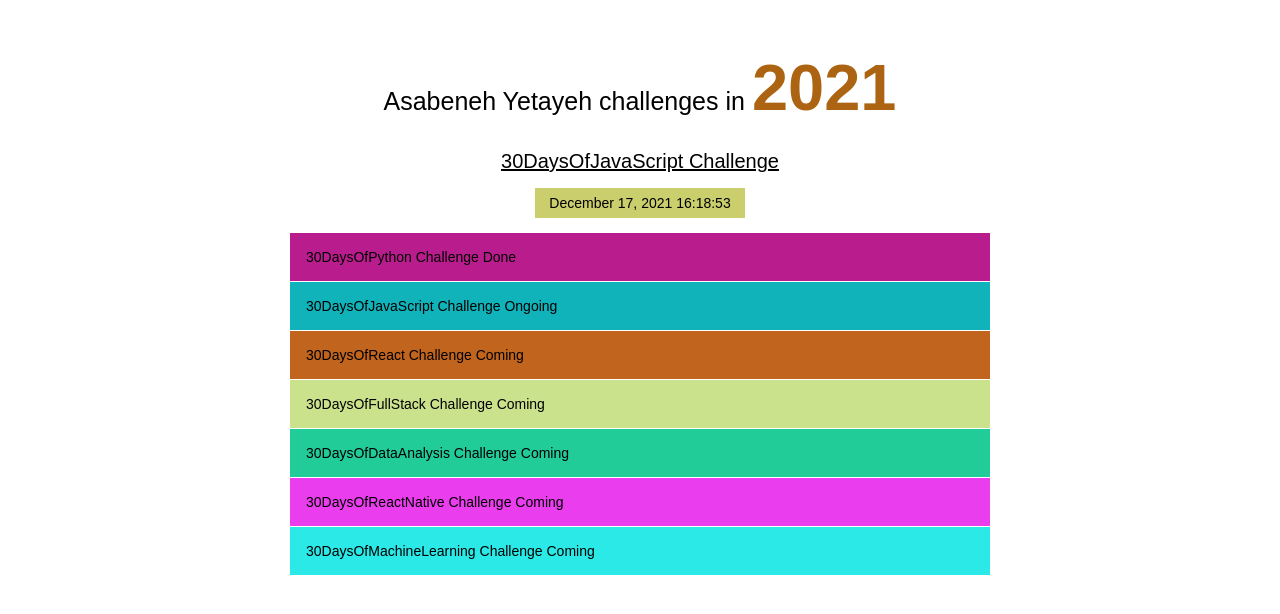
Repository: kaza1509/ChangeColor
Page: index.html
These files come from the project's save history. The page is drawn as it stood at one moment and after the next save; the edit follows.
The browser window is 1280 px wide. The pictures show the whole page.

Above is the page before, as saved 2021-12-17 16:21:57.

### index.html
<!DOCTYPE html>
<html lang="en">
<head>
    <meta charset="UTF-8">
    <meta http-equiv="X-UA-Compatible" content="IE=edge">
    <meta name="viewport" content="width=device-width, initial-scale=1.0">
    <link rel="stylesheet" href="./css/main.css">
    <title>Document</title>
</head>
<body>
    <div class="wrapper">
        <h1>
            Asabeneh Yetayeh challenges in <span>2021</span>
        </h1>
        <h2>
            <a target="_blank" href="https://www.facebook.com/kaza15092001/">30DaysOfJavaScript Challenge</a>
        </h2>
        <div id="time">
            <span>January 22,2021 02:49:01</span>
        </div>
        <ul>
            <li>30DaysOfPython Challenge Done</li>
            <li>30DaysOfJavaScript Challenge Ongoing</li>
            <li>30DaysOfReact Challenge Coming</li>
            <li>30DaysOfFullStack Challenge Coming</li>
            <li>30DaysOfDataAnalysis Challenge Coming</li>
            <li>30DaysOfReactNative Challenge Coming</li>
            <li>30DaysOfMachineLearning Challenge Coming</li>
        </ul>
    </div>
    <script src="./scripts/excrise.js"></script>
</body>
</html>

### css/main.css
* {
    padding: 0;
    margin: 0;
    box-sizing: border-box;
}

*::selection {
    background-color: #EB695B;
    color: #fff;
}

body {
    display: flex;
    justify-content: center;
    align-items: center;
    font-family: Arial, Helvetica, sans-serif;
}

a {
    color: #000;
}

li {
    list-style: none;
}

h1, h2 {
    text-align: center;
    font-weight: normal;
}

h1 {
    margin-bottom: 25px;
    font-size: 25px;
}

h1 span {
    font-size: 65px;
    font-weight: 550;
}

h2 {
    font-size: 20px;
}

#time {
    margin: 15px 0;
    display: flex;
    justify-content: center;
}

#time span {
    padding: 7px 14px;
    background-color: #EB695B;
    display: inline-block;
    font-size: 14px;
}

.wrapper {
    margin: 50px 0;
}

ul li {
    padding:16px;
    font-size: 14px;
    width: 700px;
    border-bottom: 1.7px solid #fff;
}

ul li:first-child {
    background-color: #5BBC7A;
}

ul li:nth-child(2) {
    background-color: #F7DC5C;
}

ul li:nth-child(n + 3) {
    background-color: #EB695B;
}

@media screen and (max-width: 990px) {
    body {
        display: block;
    }
    .wrapper {
        padding: 0 10px;
    }
    ul li {
        width: auto;
    }
}

### scripts/excrise.js
let randomHexa = () => {
  let hexa ='';

  while(true) {
    let ran = Math.floor(Math.random() * 123)
    if((ran >=48 && ran <=57)
    || (ran >= 65 && ran <= 70)
    || (ran >= 97 && ran <= 102))
    {
      hexa += String.fromCharCode(ran)
    }
    if(hexa.length == 6) break;
  }

  return `#${hexa.toUpperCase()}`
}

function checkTime(i) {
    if (i < 10) {
      i = "0" + i;
    }
    return i;
  }

let startTime = () => {
    let time = document.querySelector('#time span')

    time.style.backgroundColor = `${randomHexa()}`

    const monthNames = ["January", "February", "March", "April", "May", "June",
    "July", "August", "September", "October", "November", "December"
    ];

    let now = new Date()
    let y = now.getFullYear()
    let m = monthNames[now.getMonth()]
    console.log(m);
    let d = checkTime(now.getDate())
    let h = checkTime(now.getHours())
    let mm = checkTime(now.getMinutes())
    let s = checkTime(now.getSeconds())

    time.innerHTML = `${m} ${d}, ${y} ${h}:${mm}:${s}`


    t = setTimeout(function() {
        startTime()
    }, 1000);
}

let yearChange = () => {
  let year = document.querySelector('h1 span')
  year.style.color = `${randomHexa()}`

  t = setTimeout(function() {
    yearChange()
  }, 1000);
}

let changeli = () => {
  let li = document.getElementsByTagName('li')
  for (let i = 0; i < li.length; i++) {
    li[i].style.background = `${randomHexa()}`
  }
  t = setTimeout(function() {
    changeli()
  }, 1000);
}



let main = () => {
  yearChange()
  startTime()
  changeli()
}

main()

After the next save:
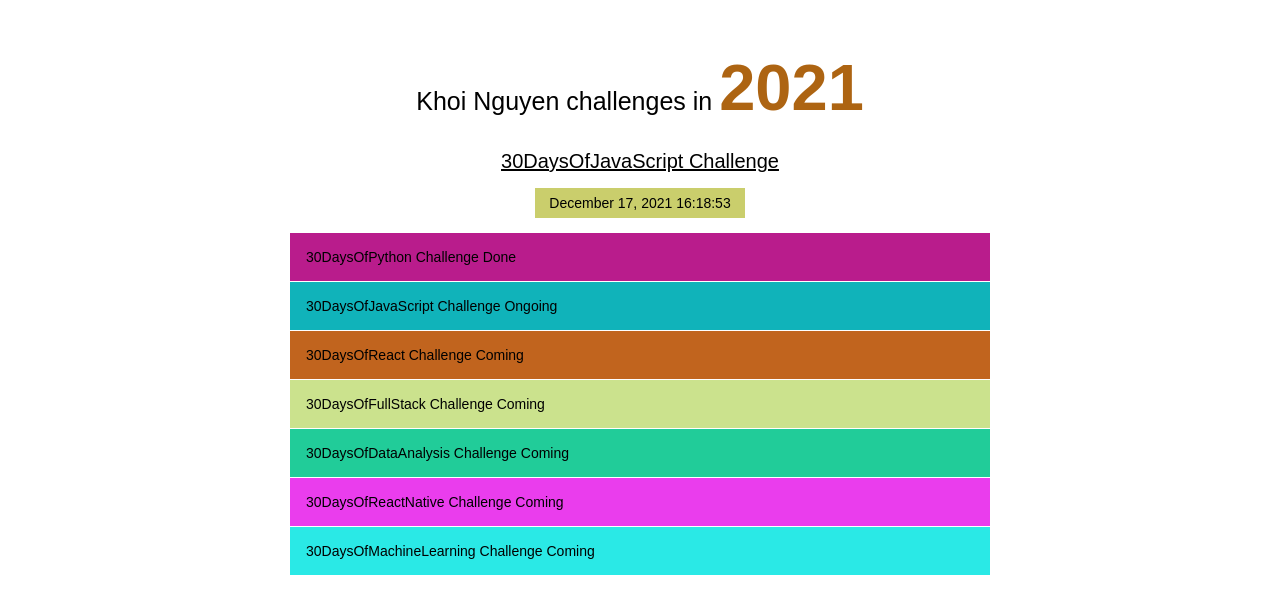
Saved 64 s later.
--- a/index.html
+++ b/index.html
@@ -10,7 +10,7 @@
 <body>
     <div class="wrapper">
         <h1>
-            Asabeneh Yetayeh challenges in <span>2021</span>
+            Khoi Nguyen challenges in <span>2021</span>
         </h1>
         <h2>
             <a target="_blank" href="https://www.facebook.com/kaza15092001/">30DaysOfJavaScript Challenge</a>
